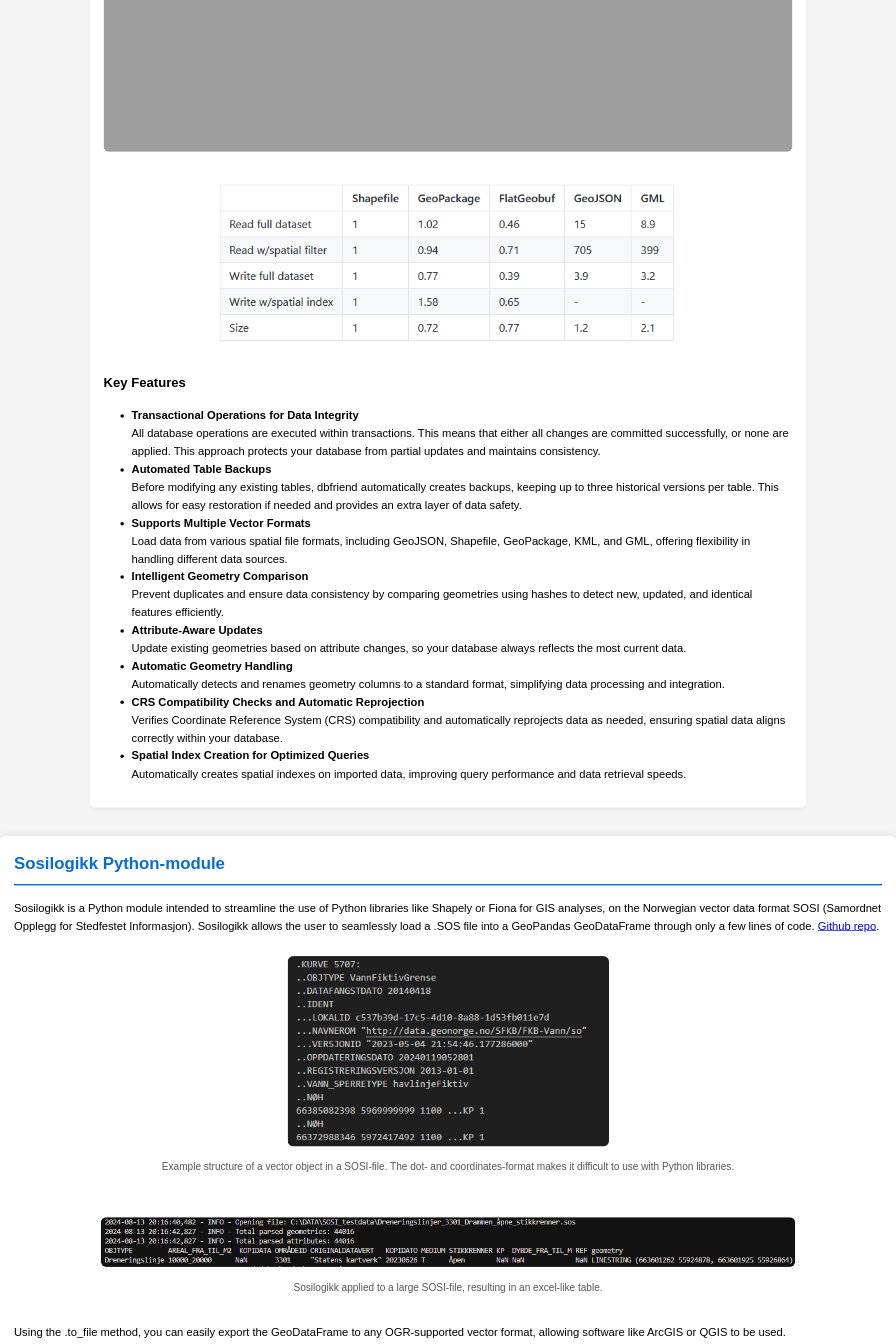
Repository: jesperfjellin/jesper-fjellin-pages
Page: index.html
An editor plug-in stored every save of this project. The page is shown before and after the next save, followed by the edit.
The browser window is 1280 px wide. The pictures show the part of the page from y = 567 to 2487 px (the page is 5086 px tall before and 4788 px after), at 70% of full size.
Pictures or frames that could not be fetched are drawn as grey boxes.

Above is the page before, as saved 2024-11-07 23:50:17.

After the next save:
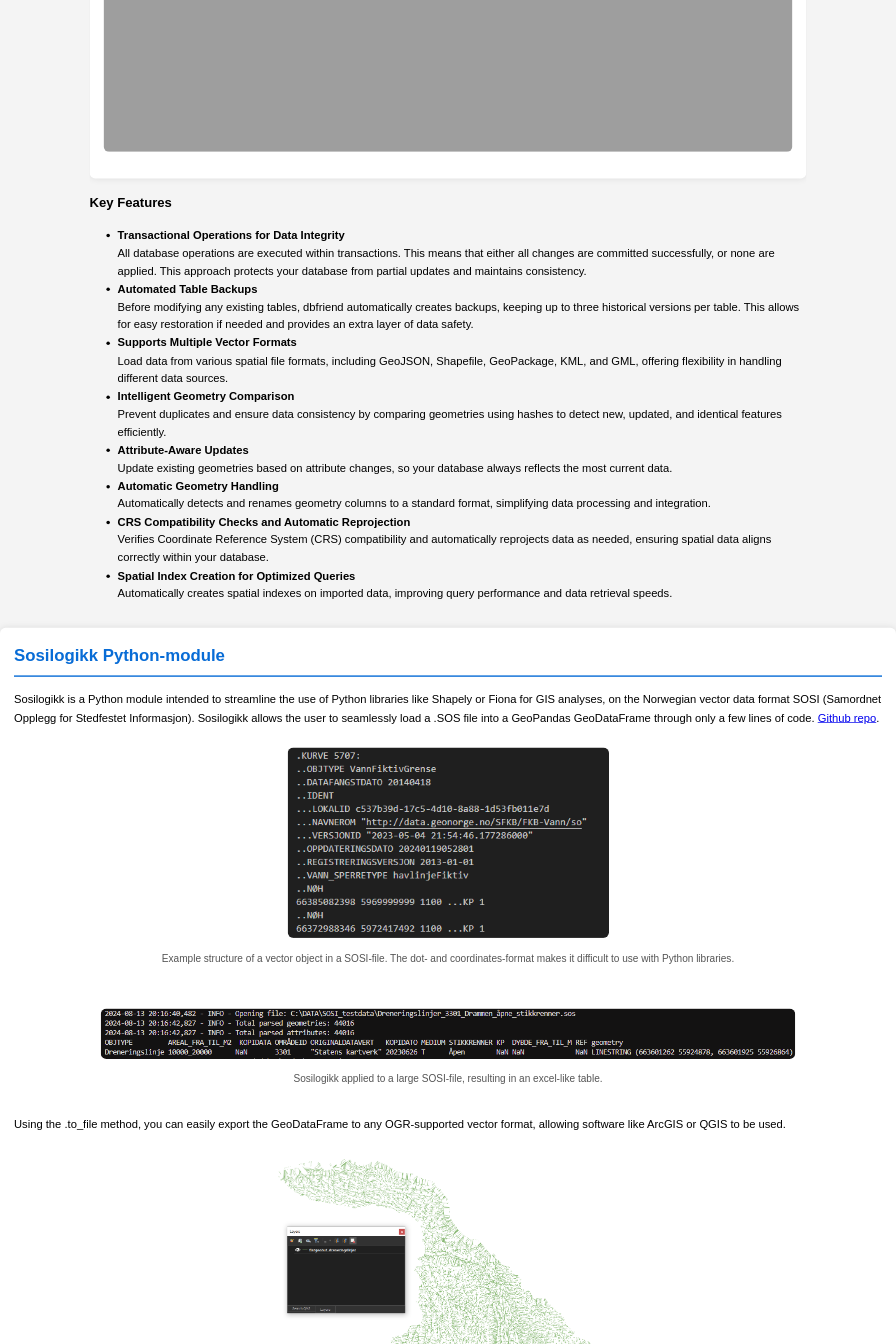
Saved 8 s later.
--- a/index.html
+++ b/index.html
@@ -89,8 +89,6 @@
             <p>dbfriend is a command-line tool designed to simplify the loading and synchronization of spatial data into PostGIS databases. It focuses on data integrity and safety, ensuring that your database operations are reliable and efficient. By handling complex tasks intelligently, dbfriend helps GIS professionals and database administrators streamline their workflows.</p>
             <p>Stack: Python (Flask) and JavaScript, deployed on Heroku.</p>
             <iframe src="https://flatgeobuf-map-276140f7467f.herokuapp.com/" height="450px"></iframe>
-            <div class="centered-content">
-                <img src="images/flatgeobuf_results.png" alt="Flatgeobuf performance results">
             </div>
 
             <!-- New Feature List -->
